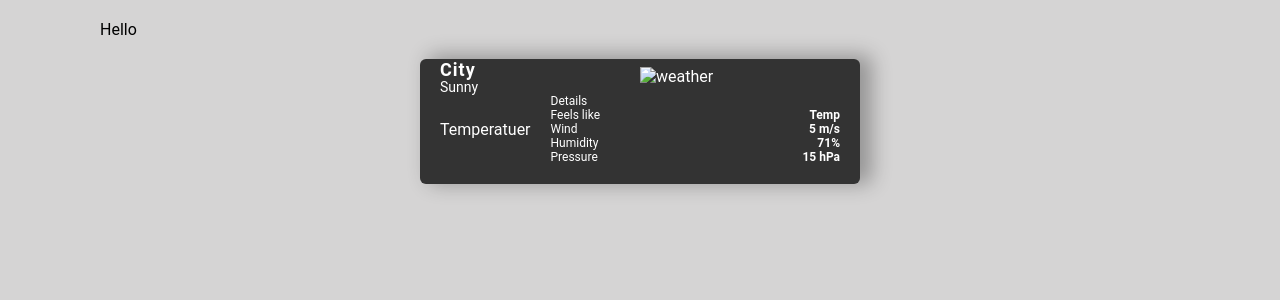
Repository: sedat-akdogan/React_Weather
Page: / (app in london_weather/)
An editor plug-in stored every save of this project. The page is shown before and after the next save, followed by the edit.
The browser window is 1280 px wide. The pictures show the whole page.
The project was rebuilt for these pictures with package versions that can differ from the ones it lists, and the page was loaded fresh each time.

Above is the page before, as saved 2023-07-09 17:55:04.

### london_weather/src/index.css
body {
    margin: 0;
    font-family: 'Roboto', Arial !important;
    -webkit-font-smoothing: antialiased;
    -moz-osx-font-smoothing: grayscale;
    background-color: #d5d4d4;
}

code {
    font-family: source-code-pro, Menlo, Monaco, Consolas, 'Courier New',
        monospace;
}

### london_weather/src/App.js
import Search from './components/search/Search';
import './App.css';
import CurrentWeather from './components/current-weather/current-weather';

function App() {

    const handleOnSearchChange = (searchData) => {
        console.log(searchData);
    }

    return (
        <div className="container">
            <Search onSearchChange={handleOnSearchChange} />
            <CurrentWeather />
        </div>
    );
}

export default App;

### london_weather/src/components/search/Search.js
import React from "react";


const Search = () => {
    return ("Hello");
}

export default Search;

### london_weather/src/App.css
.container {
    max-width: 1080px;
    margin: 20px auto;
}

### london_weather/src/components/current-weather/current-weather.js
import "./current-weather.css";


const CurrentWeather = () => {
    return (
        <div className="weather">
            <div className="top">
                <div>
                    <p className="city">City</p>
                    <p className="weather-description">Sunny</p>
                </div>
                <img src="" alt="weather" className="weather-icon" />
            </div>
            <div className="bottom">
                <p className="temperature">Temperatuer</p>
                <div className="details">
                    <div className="parameter-row">
                        <span className="parameter-label">Details</span>
                    </div>
                    <div className="parameter-row">
                        <span className="parameter-label">Feels like</span>
                        <span className="parameter-value">Temp</span>
                    </div>
                    <div className="parameter-row">
                        <span className="parameter-label">Wind</span>
                        <span className="parameter-value">5 m/s</span>
                    </div>
                    <div className="parameter-row">
                        <span className="parameter-label">Humidity</span>
                        <span className="parameter-value">71%</span>
                    </div>
                    <div className="parameter-row">
                        <span className="parameter-label">Pressure</span>
                        <span className="parameter-value">15 hPa</span>
                    </div>
                </div>
            </div>
        </div>
    );
};

export default CurrentWeather;

### london_weather/src/components/current-weather/current-weather.css
.weather {
    width: 400px;
    border-radius: 6px;
    box-shadow: 10px -2px 20px 2px rgb(0 0 0 / 30%);
    color: #fff;
    background-color: #333;
    margin: 20px auto 0 auto;
    padding: 0 20px 20px 20px;
}

.top, .bottom {
    display: flex;
    justify-content: space-between;
    align-items: center;
}

.city {
    font-weight: 600;
    font-size: 18px;
    margin: 0;
    letter-spacing: 1px;
}

.weather-description {
    font-weight: 400;
    font-size: 14px;
    line-height: 1;
    margin: 0;
}

.weather-icon {
    width: 200px;
}

temperature {
    font-weight: 600;
    font-size: 70px;
    width: auto;
    letter-spacing: -5px;
    margin: 10px 0;
}

.details {
    width: 100%;
    padding-left: 20px;
}

.parameter-row {
    display: flex;
    justify-content: space-between;
}

.parameter-label {
    text-align: left;
    font-weight: 400;
    font-size: 12px;
}

.parameter-value {
    text-align: right;
    font-weight: 600;
    font-size: 12px;
}

.parameter-label.top {
    border-bottom: 1px solid #fff;
}

Loaded but not shown: london_weather/public/index.html (common file); london_weather/src/index.js (common file); london_weather/src/reportWebVitals.js (common file)

After the next save:
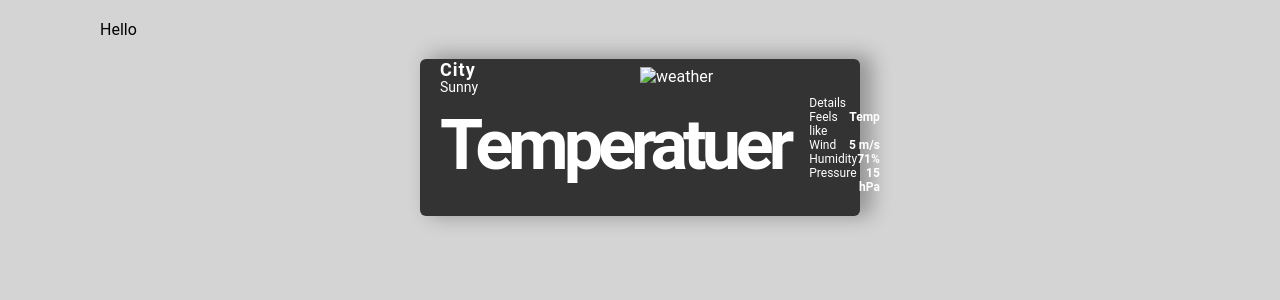
Saved 5 s later.
--- a/london_weather/src/components/current-weather/current-weather.css
+++ b/london_weather/src/components/current-weather/current-weather.css
@@ -32,7 +32,7 @@
     width: 200px;
 }
 
-temperature {
+.temperature {
     font-weight: 600;
     font-size: 70px;
     width: auto;
